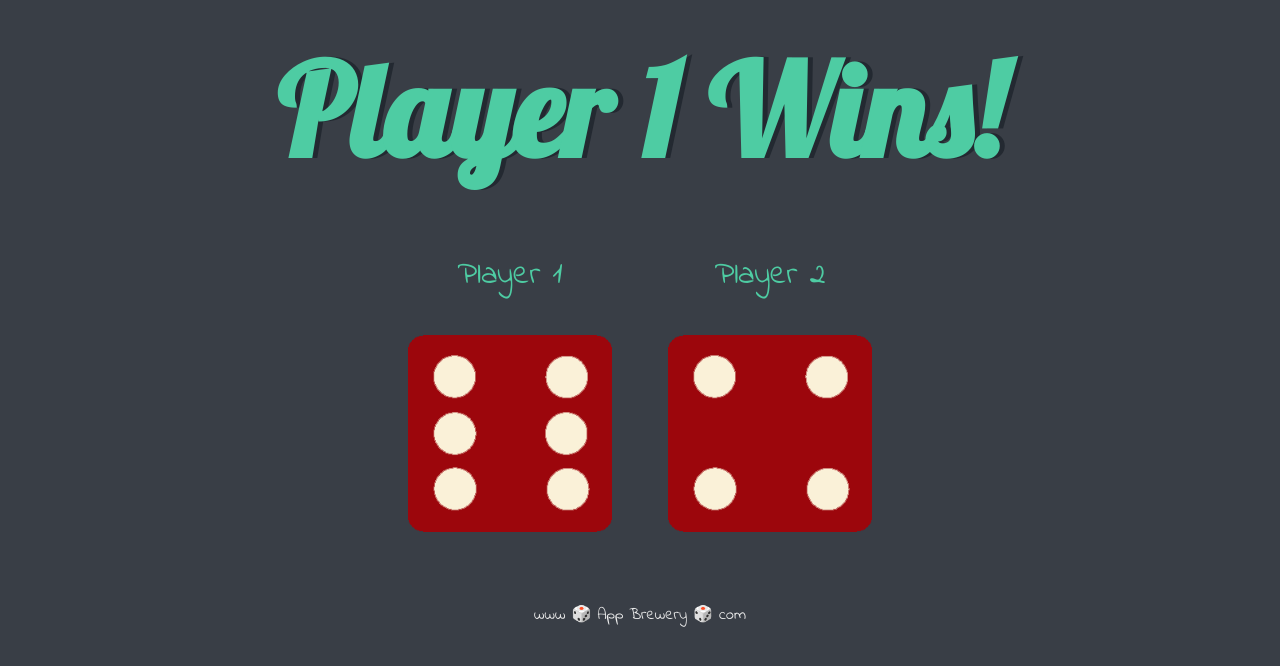
Repository: joseph27choi/Simple-Dice-Game
Page: dicee.html
The author's editor kept a copy of each file at every save. The page is drawn from the files as they stood at one save, then again after a run of saves.
The browser window is 1280 px wide. The pictures show the whole page.

Above is the page before, as saved 2023-02-23 12:32:38.

### dicee.html
<!DOCTYPE html>
<html lang="en" dir="ltr">
  <head>
    <meta charset="utf-8">
    <title>Dicee</title>
    <link rel="stylesheet" href="styles.css">
    <link href="https://fonts.googleapis.com/css?family=Indie+Flower|Lobster" rel="stylesheet">
    <script src="index.js" defer></script>
  </head>
  <body>

    <div class="container">
      <h1>Refresh Me</h1>

      <div class="dice">
        <p>Player 1</p>
        <img class="img1" src="images/dice6.png">
      </div>

      <div class="dice">
        <p>Player 2</p>
        <img class="img2" src="images/dice6.png">
      </div>

    </div>


  </body>

  <footer>
    www 🎲 App Brewery 🎲 com
  </footer>
</html>

### index.js


var randomNumber1 = Math.random();
var randomNumber2 = Math.random();

randomNumber1 = Math.round(randomNumber1 * 5 + 1);
randomNumber2 = Math.round(randomNumber2 * 5 + 1);


document.getElementsByClassName("img1")[0].setAttribute("src", "images/dice" + randomNumber1 + ".png");
document.getElementsByClassName("img2")[0].setAttribute("src", "images/dice" + randomNumber2 + ".png");

if (randomNumber1 > randomNumber2)
{
    document.querySelector("h1").innerHTML = "Player 1 Wins!"
}
else if (randomNumber2 > randomNumber1)
{
    document.querySelector("h1")
}

Loaded but not shown: styles.css (common file)

After the next 3 saves:
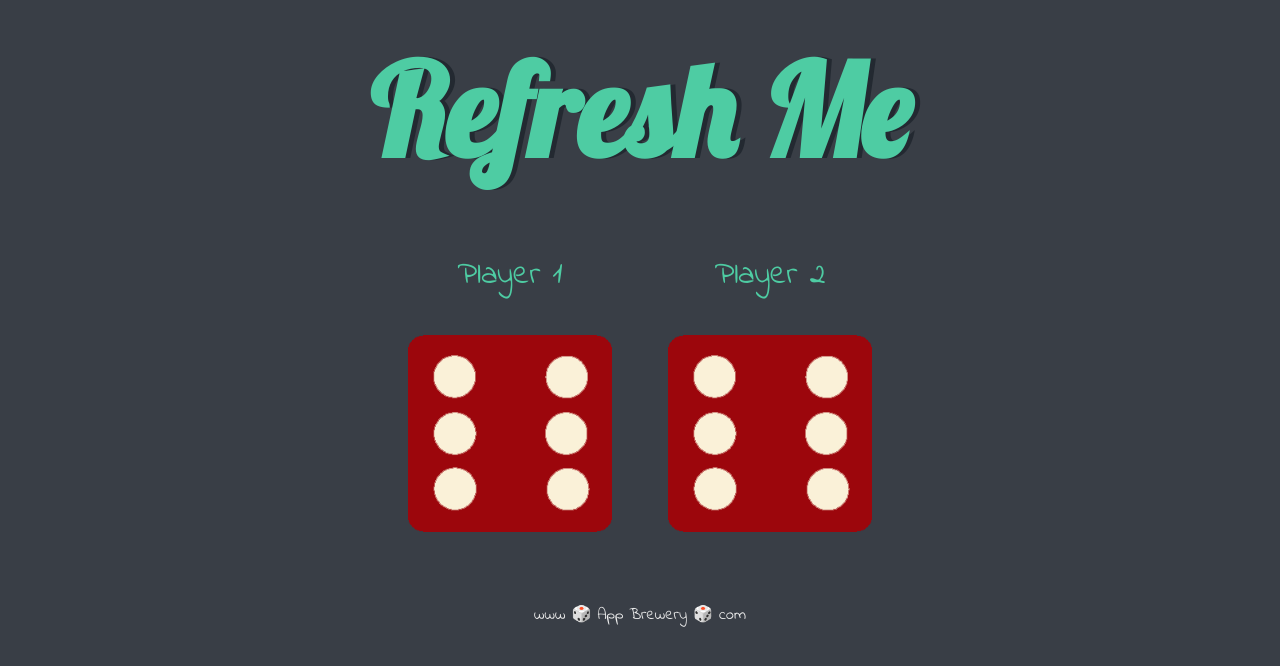
Console error: SyntaxError: Unexpected end of input
The 3 saves are shown as one change because they came seconds apart.
The last was saved 14 s later.
--- a/index.js
+++ b/index.js
@@ -12,9 +12,10 @@
 
 if (randomNumber1 > randomNumber2)
 {
-    document.querySelector("h1").innerHTML = "Player 1 Wins!"
+    document.querySelector("h1").innerHTML = "Player 1 Wins!";
 }
 else if (randomNumber2 > randomNumber1)
 {
-    document.querySelector("h1")
+    document.querySelector("h1").innerHTML = "Player 2 Wins!";
 }
+else

After the save that followed:
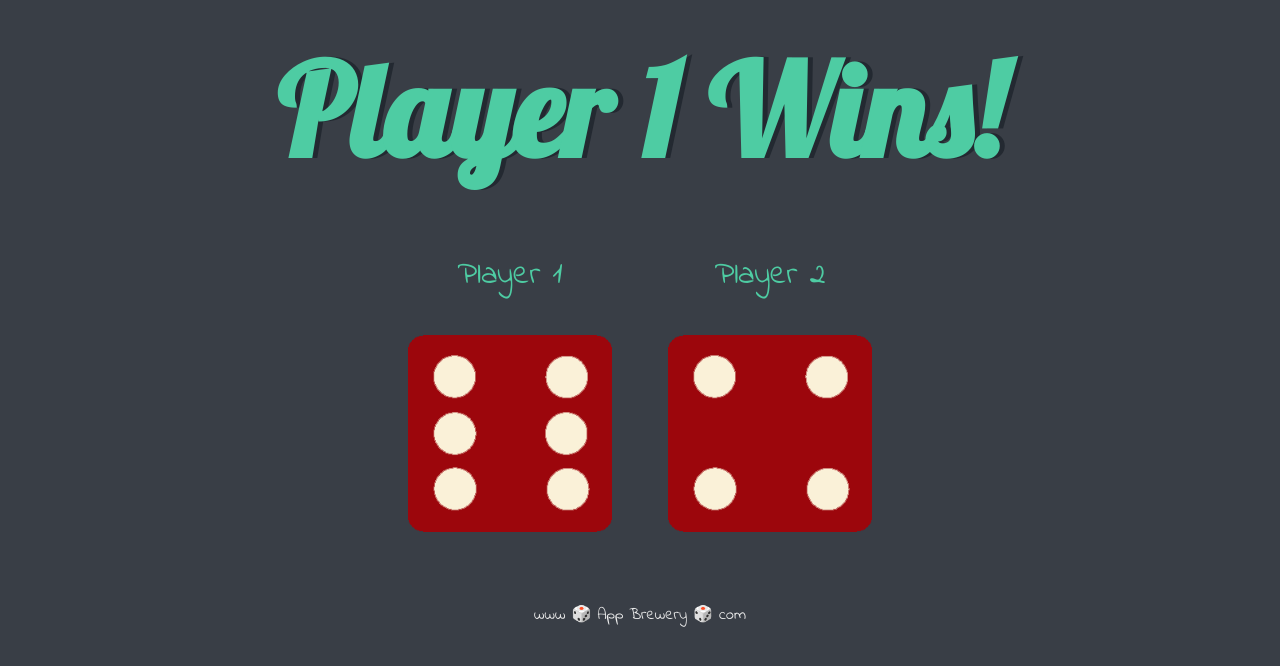
The error is gone.
Saved 4 s later.
--- a/index.js
+++ b/index.js
@@ -19,3 +19,6 @@
     document.querySelector("h1").innerHTML = "Player 2 Wins!";
 }
 else
+{
+
+}
